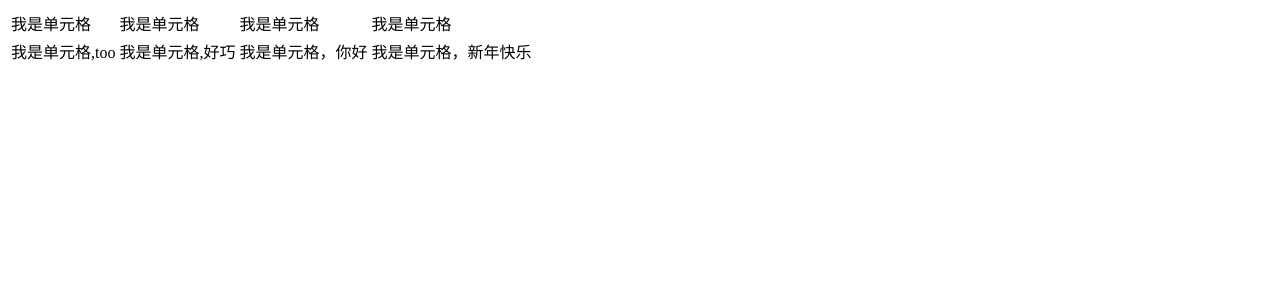
Repository: Qwenicq/My_project
Page: html/HTML_learning/2_html.html
The author's editor kept a copy of each file at every save. The page is drawn from the files as they stood at one save, then again after the next save.
The browser window is 1280 px wide. The pictures show the whole page.

Above is the page before, as saved 2023-03-28 20:34:58.

After the next save:
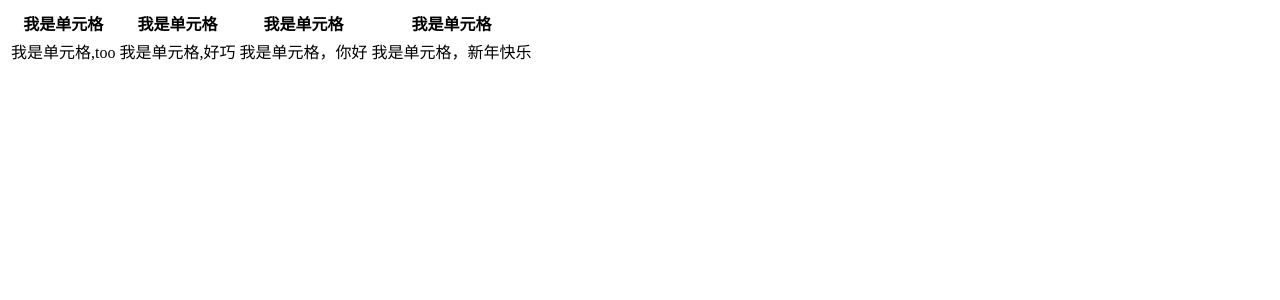
Saved 3 min 10 s later.
--- a/html/HTML_learning/2_html.html
+++ b/html/HTML_learning/2_html.html
@@ -9,10 +9,10 @@
 <body>
     <table>
         <tr>
-            <td>我是单元格</td>
-            <td>我是单元格</td>
-            <td>我是单元格</td>
-            <td>我是单元格</td>
+            <th>我是单元格</th>
+            <th>我是单元格</th>
+            <th>我是单元格</th>
+            <th>我是单元格</th>
         </tr>
         <tr>
             <td>我是单元格,too</td>
